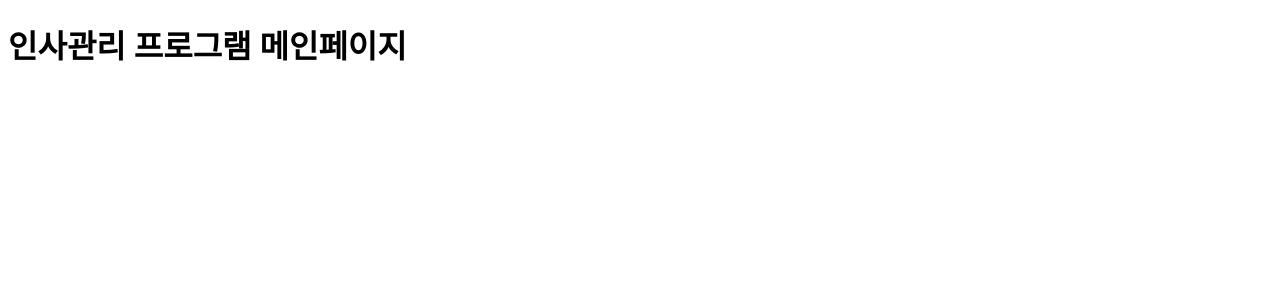
Repository: onuo77/ja_HTA
Page: http://localhost/sample/hr/main.jsp
An editor plug-in stored every save of this project. The page is shown before and after the next save, followed by the edit.
The browser window is 1280 px wide. The pictures show the whole page.
The page is served by Tomcat 9. Other server files are loaded and not shown.

Above is the page before, as saved 2021-05-20 07:28:36.

### java-web/sample/src/main/webapp/hr/main.jsp
<%@ page language="java" contentType="text/html; charset=UTF-8"
    pageEncoding="UTF-8"%>
<!DOCTYPE html>
<html>
<head>
<meta charset="UTF-8">
<title>인사관리</title>
</head>
<body>
	<h1>인사관리 프로그램 메인페이지</h1>
</body>
</html>

After the next save:
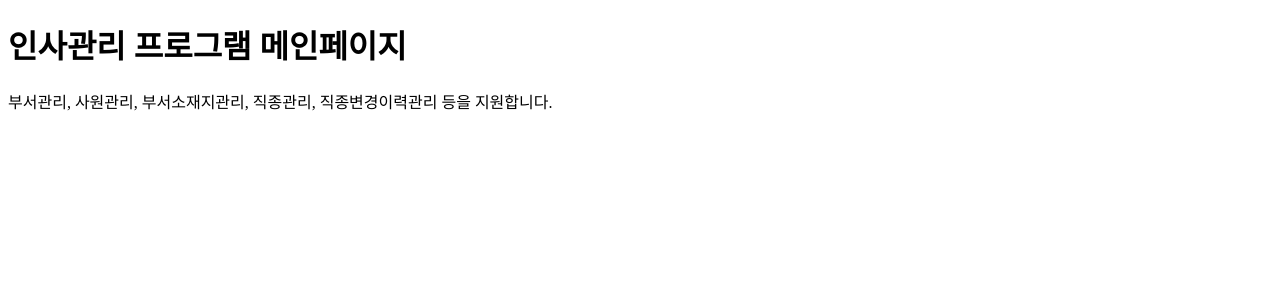
Saved 66 s later.
--- a/java-web/sample/src/main/webapp/hr/main.jsp
+++ b/java-web/sample/src/main/webapp/hr/main.jsp
@@ -8,5 +8,8 @@
 </head>
 <body>
 	<h1>인사관리 프로그램 메인페이지</h1>
+	<p>
+		부서관리, 사원관리, 부서소재지관리, 직종관리, 직종변경이력관리 등을 지원합니다.
+	</p>
 </body>
 </html>
